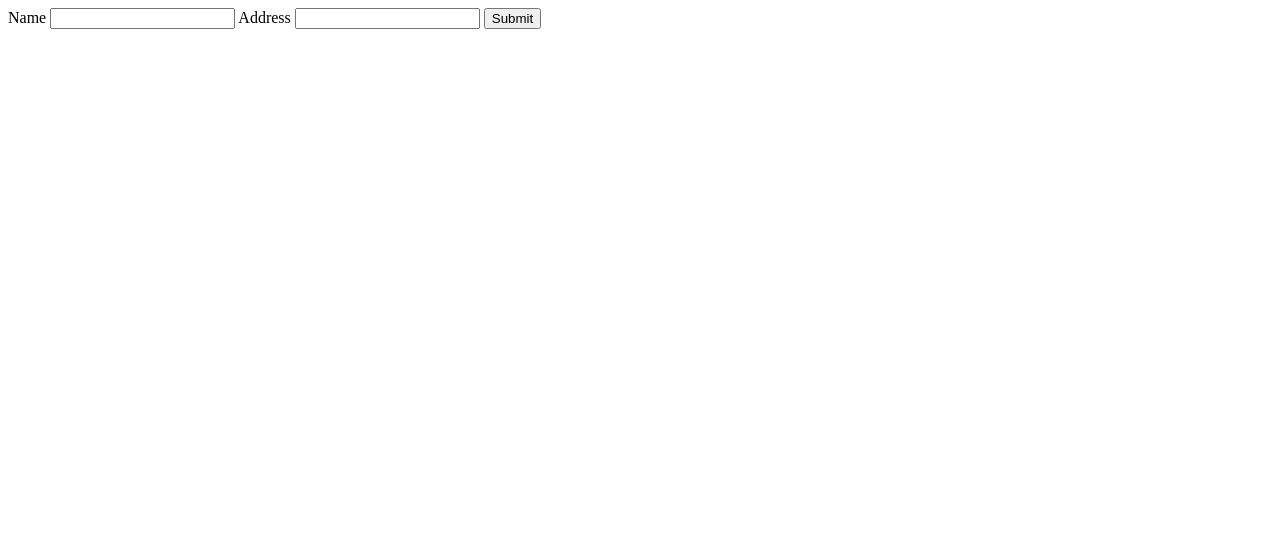
Repository: sahildhargave/static-web-go
Page: static-web/form.html
These files come from the project's save history. The page is drawn as it stood at one moment and after the next save; the edit follows.
The browser window is 1280 px wide. The pictures show the whole page.

Above is the page before, as saved 2024-02-17 03:18:45.

After the next save:
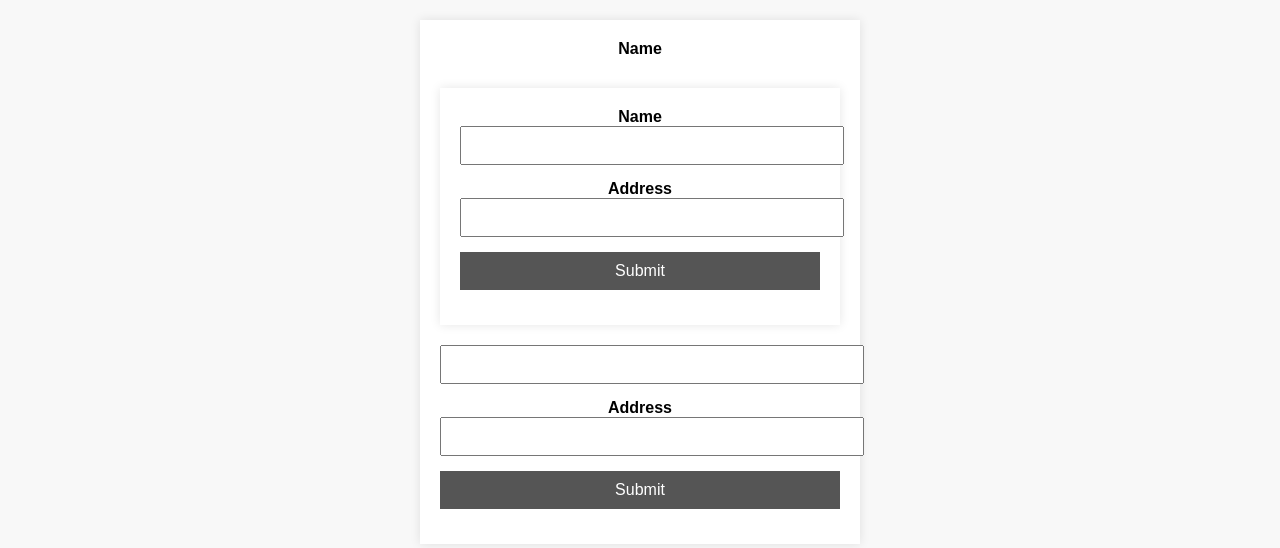
Saved 111 s later.
--- a/static-web/form.html
+++ b/static-web/form.html
@@ -8,7 +8,103 @@
  <body>
   <div>
    <form method="POST" action="/form">
-	<label>Name</label>
+	<label>Name</label><!DOCTYPE html>
+
+<html lang="en">
+
+<head>
+    <meta charset="UTF-8" />
+    <style>
+        body {
+            font-family: Arial, sans-serif;
+            background-color: #f8f8f8;
+            margin: 0;
+            padding: 0;
+            box-sizing: border-box;
+            text-align: center;
+        }
+
+        div {
+            max-width: 400px;
+            margin: 20px auto;
+            padding: 20px;
+            background-color: white;
+            box-shadow: 0 0 10px rgba(0, 0, 0, 0.1);
+        }
+
+        form {
+            display: flex;
+            flex-direction: column;
+        }
+
+        label {
+            margin-bottom: 10px;
+            font-weight: bold;
+        }
+
+        input {
+            padding: 10px;
+            margin-bottom: 15px;
+            width: 100%;
+        }
+
+        input[type="submit"] {
+            background-color: #555;
+            color: white;
+            padding: 10px 20px;
+            font-size: 16px;
+            border: none;
+            cursor: pointer;
+        }
+
+        input[type="submit"]:hover {
+            background-color: #333;
+        }
+
+        .success-toast {
+            display: none;
+            background-color: #4CAF50;
+            color: white;
+            text-align: center;
+            padding: 15px;
+            position: fixed;
+            bottom: 20px;
+            left: 50%;
+            transform: translateX(-50%);
+            z-index: 1;
+        }
+    </style>
+</head>
+
+<body>
+    <div>
+        <form method="POST" action="/form" onsubmit="showSuccessToast()">
+            <label for="name">Name</label>
+            <input name="name" type="text" value="" required />
+
+            <label for="address">Address</label>
+            <input name="address" type="text" value="" required />
+
+            <input type="submit" value="Submit" />
+        </form>
+    </div>
+
+    <div class="success-toast" id="successToast">
+        Successfully Submitted!
+    </div>
+
+    <script>
+        function showSuccessToast() {
+            document.getElementById("successToast").style.display = "block";
+            setTimeout(function () {
+                document.getElementById("successToast").style.display = "none";
+            }, 3000); // Hide after 3 seconds
+        }
+    </script>
+</body>
+
+</html>
+
 	<input name="name"
 	type="text"
 	value=""
